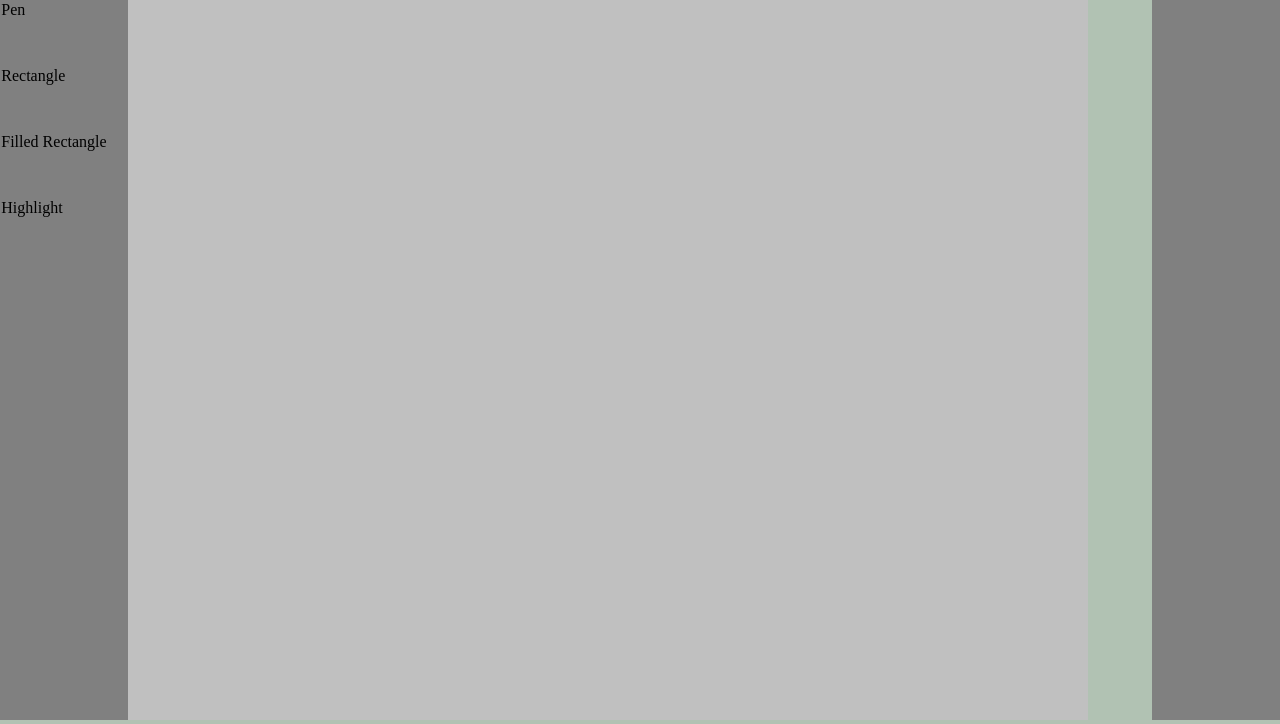
Repository: OrionDevelopers/projectwall
Page: http://localhost/slidePresenter.php
The author's editor kept a copy of each file at every save. The page is drawn from the files as they stood at one save, then again after the next save.
The browser window is 1280 px wide. The pictures show the whole page.
The page is run by PHP 8.4 with error messages shown; the project is at /var/www/html/.

Above is the page before, as saved 2013-04-20 21:58:23.
Console error: TypeError: Cannot read properties of null (reading 'getContext')

After the next save:
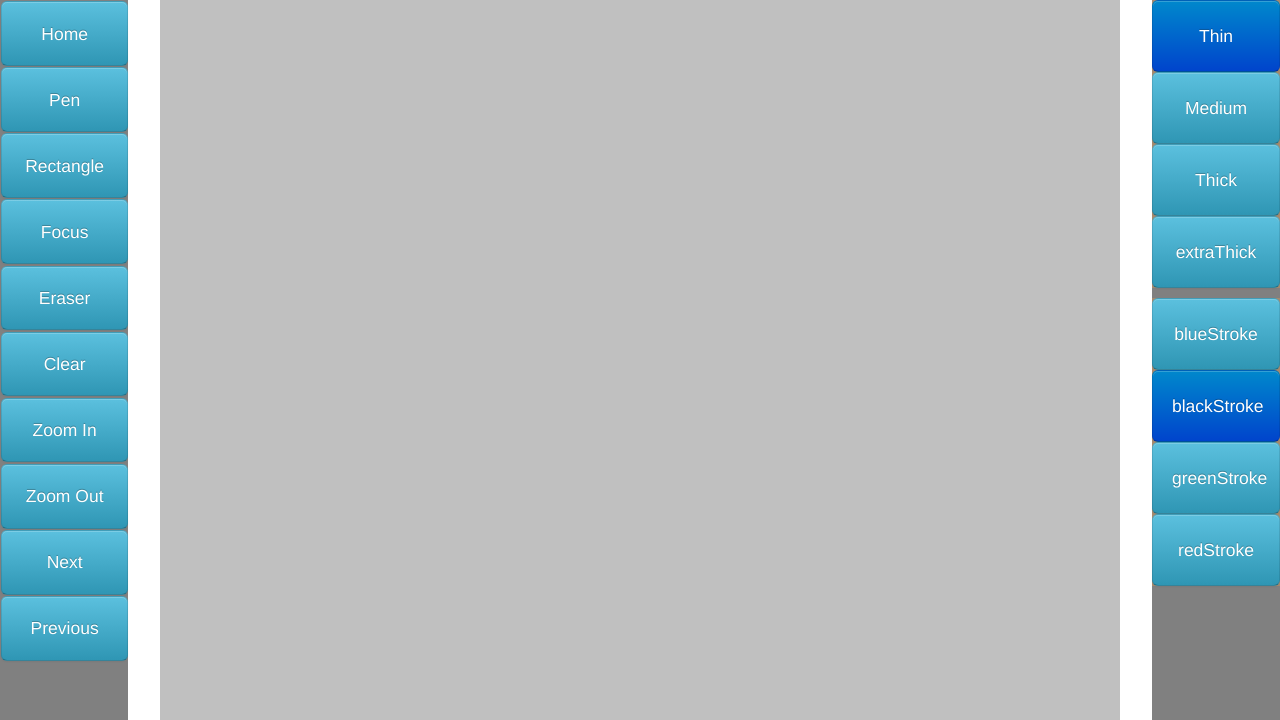
Saved 63 s later.
--- a/slidePresenterPrototype2/presenterPrototype2/slidePresenter.php
+++ b/slidePresenterPrototype2/presenterPrototype2/slidePresenter.php
@@ -3,17 +3,46 @@
 	<head>
 		<title>Slide Presenter </title>
 		<link href="css/slidePresenter.css" rel="stylesheet"/>
+		<link rel="stylesheet" type="text/css" href="css/bootstrap.css"/>
+		<script src="js/jquery-1.9.js" type="text/javascript"></script>
 		<script src="js/kinetic-v4.4.1.js" type="text/javascript"></script>
 		<script src="js/slidePresenter.js" type="text/javascript"></script>
 	</head>
 	<body onload="init();">
+		<!-- <p id='debugHelper' >debugger</p> -->
 		<div id='leftToolBar'>
-			<div id='penToolButton' class='myButton'>Pen</div>
-			<div id='rectTooButton' class='myButton'>Rectangle</div>
-			<div id='filledRectToolButton' class='myButton'>Filled Rectangle</div>
-			<div id='highlighToolButton' class='myButton'>Highlight</div>
+			<a href='../../index.php'><button id='homeButton' class='myButton btn btn-info btn-large'>Home</button></a>
+			<button id='penToolButton' class='myButton btn btn-info btn-large'>Pen</button>
+			<button id='rectToolButton' class='myButton btn btn-info btn-large'>Rectangle</button>
+			<!-- <button id='filledRectToolButton' class='myButton'>Filled Rectangle</button> -->
+			<button id='focusToolButton' class='myButton btn btn-info btn-large'>Focus</button>
+			<button id='eraserToolButton' class='myButton btn btn-info btn-large'>Eraser</button>
+			<button id='clearToolButton' class='myButton btn btn-info btn-large'>Clear</button>
+		    <button id='zoomIn' class='myButton btn btn-info btn-large'>Zoom In</button>
+			<button id='zoomOut' class='myButton btn btn-info btn-large'>Zoom Out</button>
+			<button id='next' class='myButton btn btn-info btn-large'>Next</button>
+			<button id='previous' class='myButton btn btn-info btn-large'>Previous</button>
+			<!-- <button id='saveButton' class='myButton'>Save</button> -->
+
 		</div>
-		<div id='rightToolBar'></div>
-		<canvas id='container'></div>
+		<div id='rightToolBar'>
+			<div id='strokeWidth' class='submenu'>
+				<button id='thin' class='submenuButton btn btn-primary btn-large' onclick="setStrokeWidth(2,this);">Thin</button>
+				<button id='medium' class='submenuButton btn btn-info btn-large' onclick="setStrokeWidth(4,this);">Medium</button>
+				<button id='thick' class='submenuButton btn btn-info btn-large' onclick="setStrokeWidth(7,this);">Thick</button>
+				<button id='extraThick' class='submenuButton btn btn-info btn-large' onclick="setStrokeWidth(12,this)">extraThick</button>
+			</div>
+			<div id='strokeColor' class='submenu'>
+				<button id='blueStroke' class='submenuButton btn btn-info btn-large' onclick="setStrokeColor('blue',this);">blueStroke</button>
+				<button id='blackStroke' class='submenuButton btn btn-primary btn-large' onclick="setStrokeColor('black',this);">blackStroke</button>
+				<button id='greenStroke' class='submenuButton btn btn-info btn-large' onclick="setStrokeColor('green',this);">greenStroke</button>
+				<button id='redStroke' class='submenuButton btn btn-info btn-large' onclick="setStrokeColor('red',this);">redStroke</button>
+			</div>
+			<!-- <div id='fillColor' class='submenu'>
+
+			</div> -->
+
+		</div>
+		<div id='container'></div>
 	</body>
 </html>
